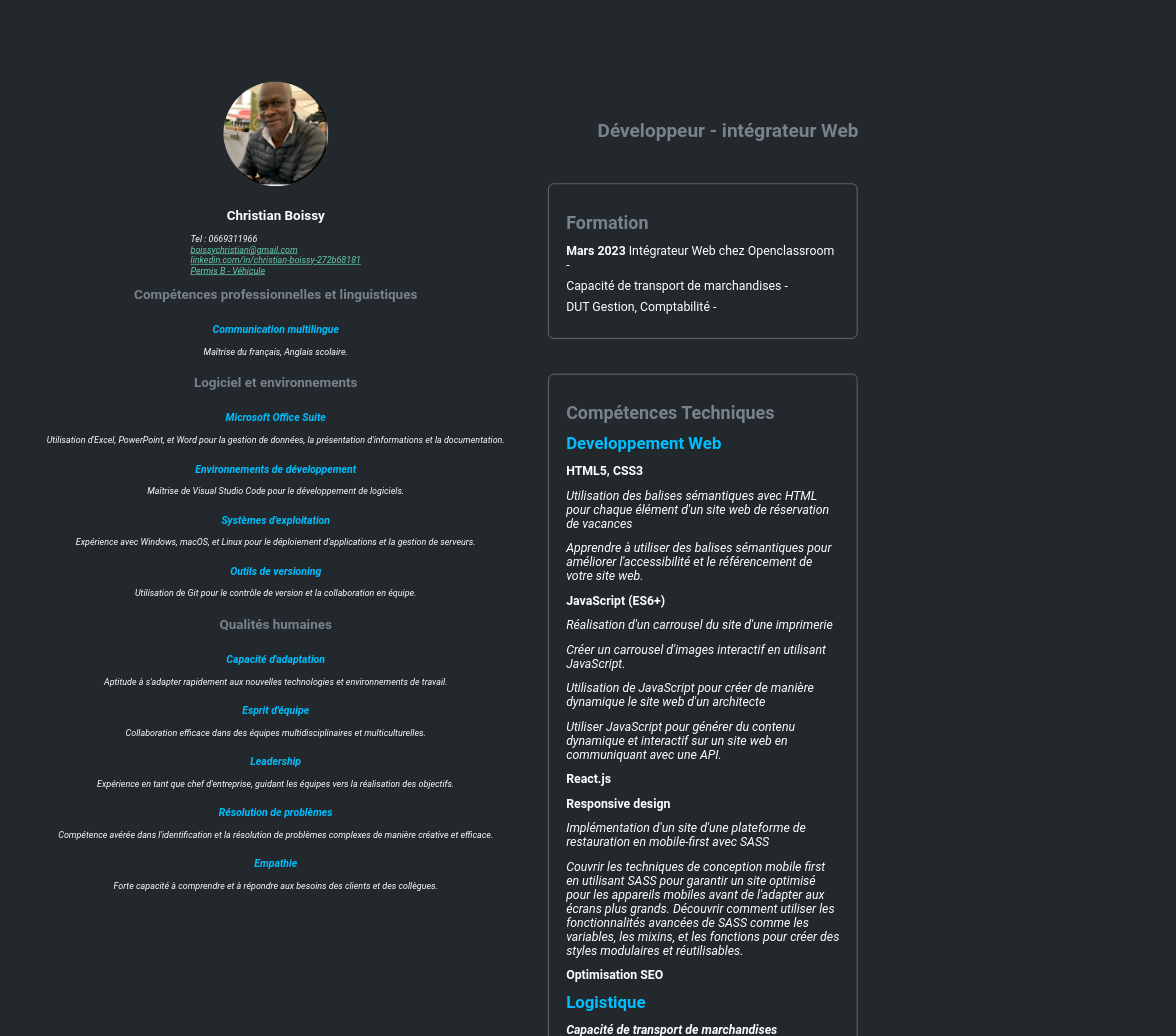
Repository: Christian121966/cv-logistique
Page: /
An editor plug-in stored every save of this project. The page is shown before and after the next save, followed by the edit.
The browser window is 1280 px wide. The page is 1680 px wide, so the pictures cover 1680 px, including what lies to the right of the window. The pictures show the part of the page from y = 0 to 1480 px (the page is 2682 px tall), at 70% of full size.
The project was rebuilt for these pictures with package versions that can differ from the ones it lists, and the page was loaded fresh each time.

Above is the page before, as saved 2024-07-29 00:21:17.

After the next save:
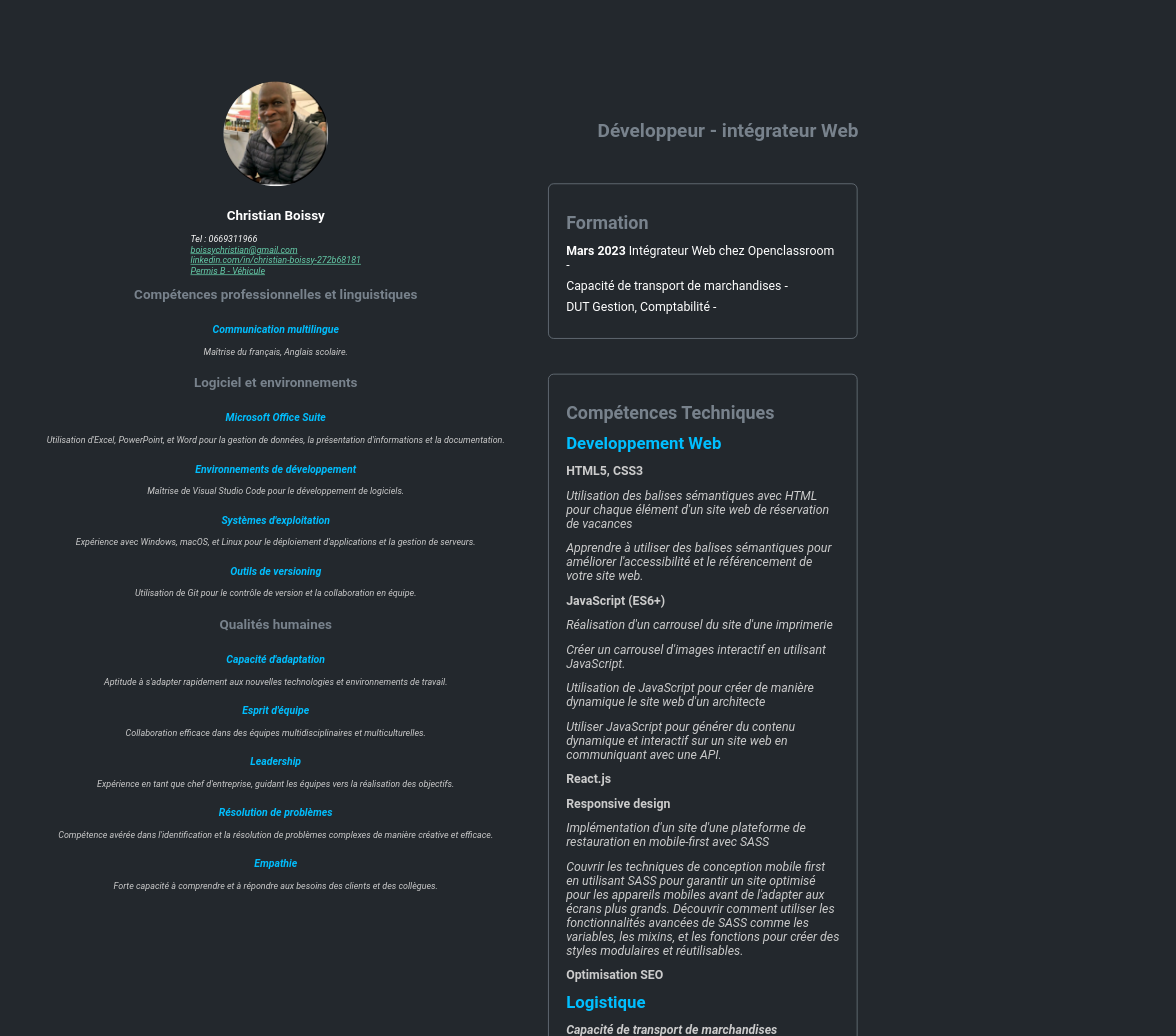
Saved 3 s later.
--- a/src/App.css
+++ b/src/App.css
@@ -124,6 +124,7 @@ body .card h3 {
 body li {
   margin-bottom: 15px;
   font-style: italic;
+  color: #ccc;
 }
 body .li_title {
   font-weight: bold;
@@ -346,4 +347,4 @@ body footer p {
   body p {
     font-size: 1em;
   }
-}/*# sourceMappingURL=App_20240729002114.css.map */
+}/*# sourceMappingURL=App_20240729002120.css.map */
